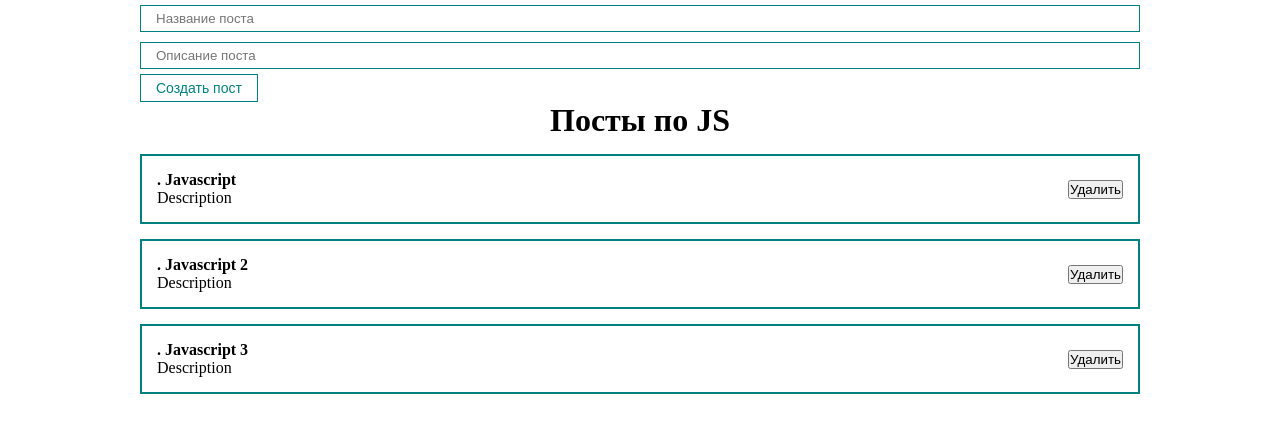
Repository: otvertka/ulb
Page: /
An editor plug-in stored every save of this project. The page is shown before and after the next save, followed by the edit.
The browser window is 1280 px wide. The pictures show the whole page.
The project was rebuilt for these pictures with package versions that can differ from the ones it lists, and the page was loaded fresh each time. Also part of the build but not shown: src/components/Counter.jsx, src/components/ClassCounter.jsx.

Above is the page before, as saved 2023-06-12 10:23:03.

### public/index.html
<!DOCTYPE html>
<html lang="en">
  <head>
    <meta charset="utf-8" />
    <meta name="viewport" content="width=device-width, initial-scale=1" />

    <title>React App</title>
  </head>
  <body>
    <noscript>You need to enable JavaScript to run this app.</noscript>
    <div id="root">
      <!-- ЗДЕСЬ БУДЕТ НАШЕ JS ПРИЛОЖЕНИЕ -->
    </div>
  </body>
</html>

### src/index.js
import React from "react";
import ReactDOM from "react-dom";
import App from "./App";

// const root = ReactDOM.createRoot(document.getElementById("root"));
// root.render(<App />);
ReactDOM.render(<App />, document.getElementById("root"));

### src/App.js
import React, { useState, useRef } from "react";

import Counter from "./components/Counter";
import ClassCounter from "./components/ClassCounter";
import "./styles/App.css";
import PostItem from "./components/PostItem";
import PostList from "./components/PostList";
import MyButton from "./components/UI/button/MyButton";
import MyInput from "./components/UI/input/MyInput";
import PostForm from "./components/PostForm";

function App() {
  const [posts, setPosts] = useState([
    { id: 1, title: "Javascript", body: "Description" },
    { id: 2, title: "Javascript 2", body: "Description" },
    { id: 3, title: "Javascript 3", body: "Description" },
  ]);

  const createPost = (newPost) => {
    setPosts([...posts, newPost]);
  };
  // импортируем компонент
  return (
    <div className="App">
      {/* передаём в компонент функцию обратного вызова, чтобы добавить в родительский массив дочерний новый элемент */}
      <PostForm create={createPost} />
      <PostList posts={posts} title="Посты по JS" />
    </div>
  );
}

export default App;

### src/styles/App.css
* {
  margin: 0;
  padding: 0;
  box-sizing: border-box;
}

/* Рут- блок из index.html */
#root {
  display: flex;
  justify-content: center;
}

.App {
  width: 1000px;
}

.post {
  display: flex;
  padding: 15px;
  border: 2px solid teal;
  margin-top: 15px;
  justify-content: space-between;
  align-items: center;
}

### src/components/PostItem.jsx
import React from "react";

// Props - входные данные в контексте Реакта. Можно представлять, что это аргумент функции, в кот. мы можем что-то передавать снаружи
const PostItem = (props) => {
  // console.log(props);
  return (
    <div className="post">
      <div className="post__content">
        <strong>
          {props.number}. {props.post.title}
        </strong>
        <div>{props.post.body}</div>
      </div>
      <div className="post__btns">
        <button>Удалить</button>
      </div>
    </div>
  );
};

export default PostItem;

### src/components/PostList.jsx
import React from "react";
import PostItem from "./PostItem";

const PostList = ({ posts, title }) => {
  return (
    <div>
      <h1 style={{ textAlign: "center" }}>{title}</h1>
      {posts.map((post) => (
        <PostItem post={post} key={post.id} />
      ))}
    </div>
  );
};

export default PostList;

### src/components/UI/button/MyButton.jsx
import React from "react";
import classes from "./MyButton.module.css";

const MyButton = ({ children, ...props }) => {
  return (
    //
    <button {...props} className={classes.myBtn}>
      {children}
    </button>
  );
};

export default MyButton;

### src/components/UI/input/MyInput.jsx
import React from "react";
import classes from "./MyInput.module.css";

const MyInput = React.forwardRef((props, ref) => {
  return (
    //
    <input ref={ref} className={classes.myInput} {...props} />
  );
});

export default MyInput;

### src/components/PostForm.jsx
import React, { useState } from "react";
import MyInput from "./UI/input/MyInput";
import MyButton from "./UI/button/MyButton";

const PostForm = ({ create }) => {
  const [post, setPost] = useState({ title: "", body: "" });

  const addNewPost = (e) => {
    e.preventDefault();

    const newPost = { ...post, id: Date.now() };
    create(newPost);
    setPost({ title: "", body: "" });
  };
  return (
    <form>
      {/* Управляемый компонент */}
      <MyInput
        value={post.title}
        onChange={(e) => setPost({ ...post, title: e.target.value })}
        type="text"
        placeholder="Название поста"
      ></MyInput>
      {/* Неуправляемый\ Неконтролируемый компонент */}
      <MyInput
        value={post.body}
        onChange={(e) => setPost({ ...post, body: e.target.value })}
        type="text"
        placeholder="Описание поста"
      ></MyInput>
      <MyButton onClick={addNewPost}>Создать пост</MyButton>
    </form>
  );
};

export default PostForm;

Loaded but not shown: src/components/UI/button/MyButton.module.css (common file); src/components/UI/input/MyInput.module.css (common file)

After the next save:
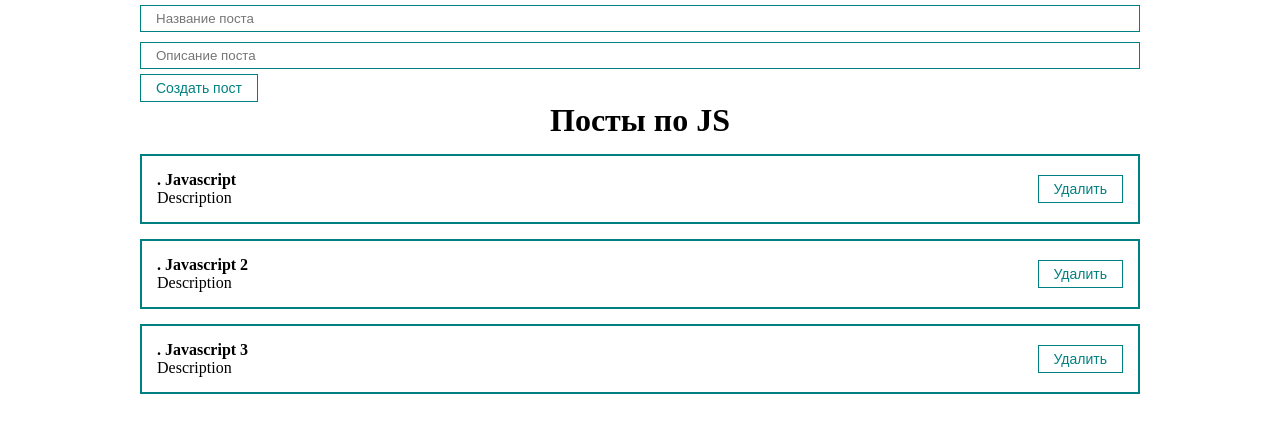
Saved 18 min 57 s later.
--- a/src/components/PostItem.jsx
+++ b/src/components/PostItem.jsx
@@ -1,4 +1,5 @@
 import React from "react";
+import MyButton from "./UI/button/MyButton";
 
 // Props - входные данные в контексте Реакта. Можно представлять, что это аргумент функции, в кот. мы можем что-то передавать снаружи
 const PostItem = (props) => {
@@ -12,7 +13,7 @@ const PostItem = (props) => {
         <div>{props.post.body}</div>
       </div>
       <div className="post__btns">
-        <button>Удалить</button>
+        <MyButton>Удалить</MyButton>
       </div>
     </div>
   );
